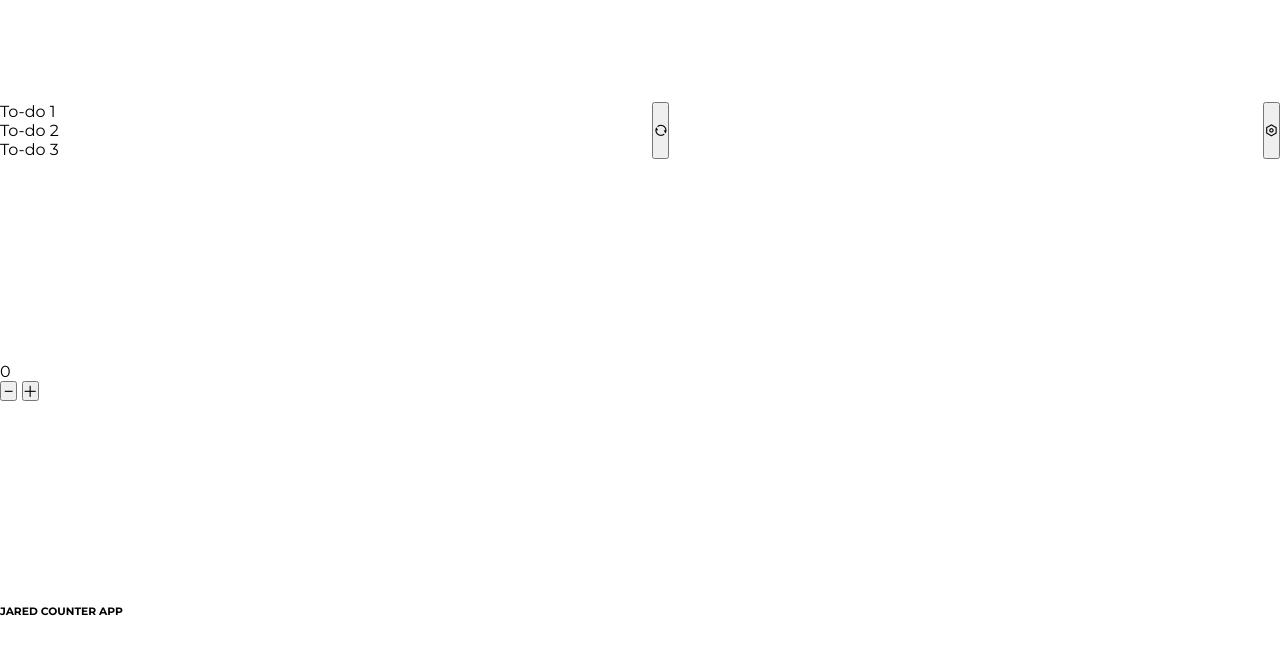
Repository: EguJaredoBoyd/Jared-Counter-App
Page: index.html
The author's editor kept a copy of each file at every save. The page is drawn from the files as they stood at one save, then again after the next save.
The browser window is 1280 px wide. The pictures show the whole page.

Above is the page before, as saved 2025-11-17 21:51:21.

After the next save:
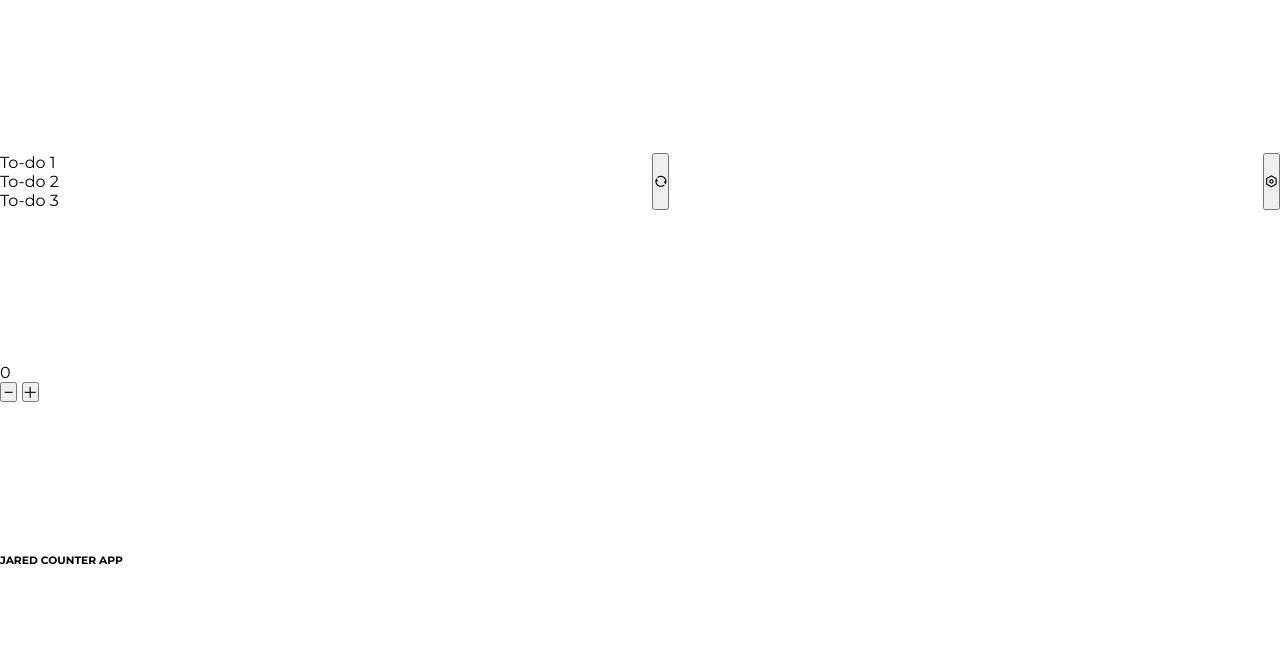
Saved 7 s later.
--- a/style.css
+++ b/style.css
@@ -15,7 +15,7 @@ body {
     display: flex;
     flex-direction: column;
     height: 100vh;
-    justify-content: space-around;
+    justify-content: space-evenly;
 }
 
 header {
